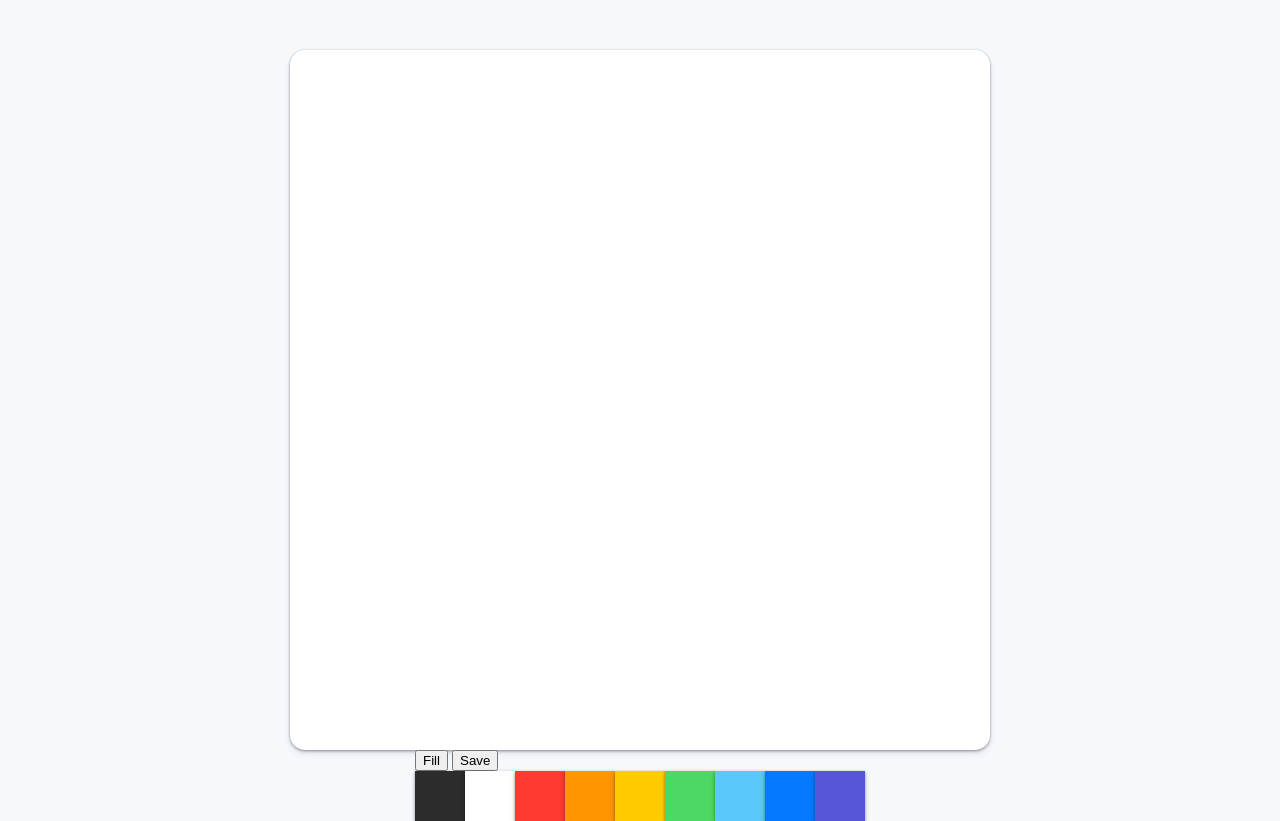
Repository: haleyjung/paintjs
Page: index.html
These files come from the project's save history. The page is drawn as it stood at one moment and after the next save; the edit follows.
The browser window is 1280 px wide. The pictures show the whole page.

Above is the page before, as saved 2020-11-24 22:42:08.

After the next save:
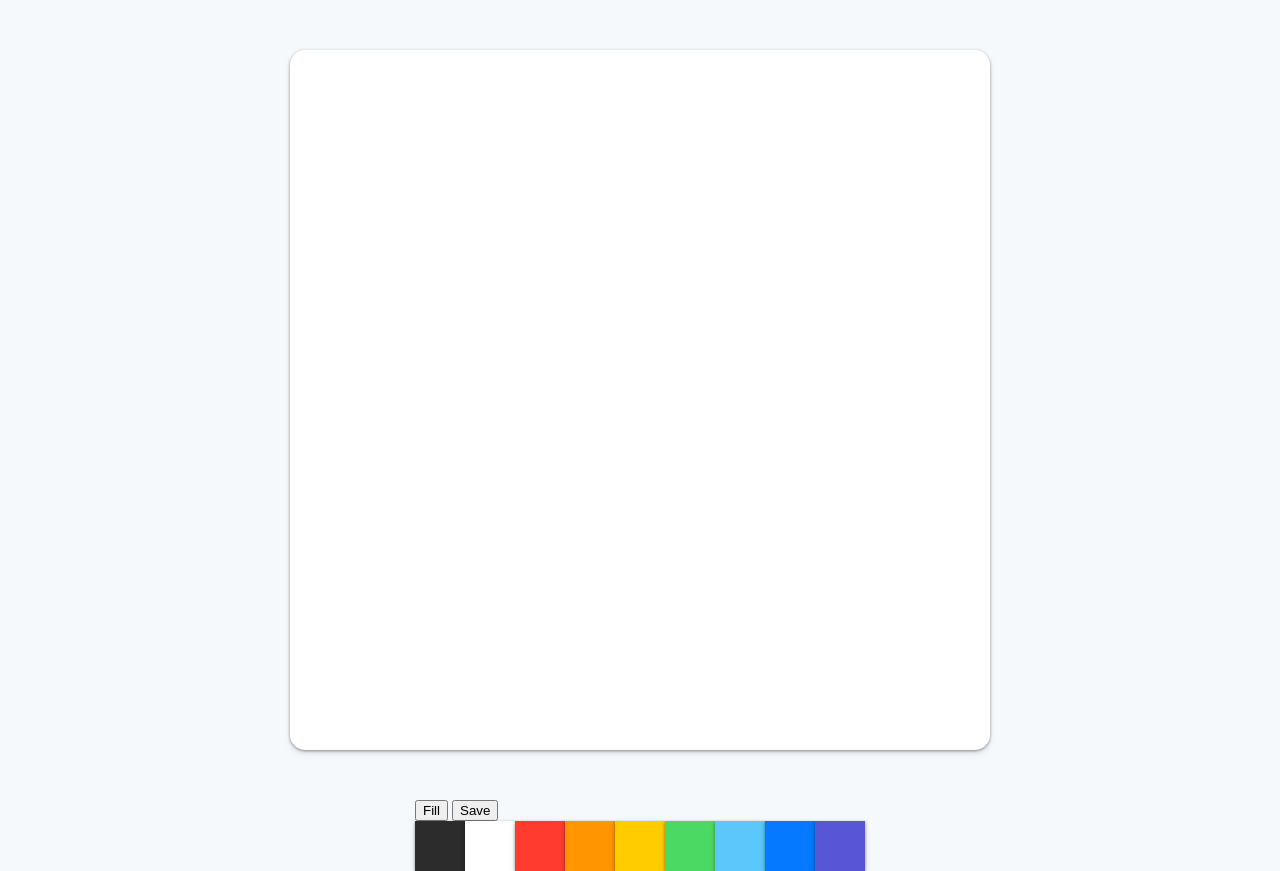
Saved 24 s later.
--- a/style.css
+++ b/style.css
@@ -18,6 +18,10 @@ body {
   box-shadow: 0 4px 6px rgba(50, 50, 93, 0.11), 0 1px 3px rgba(0, 0, 0, 0.4);
 }
 
+.controls {
+  margin-top: 50px;
+}
+
 .controls .controls__colors {
   display: flex;
 }
